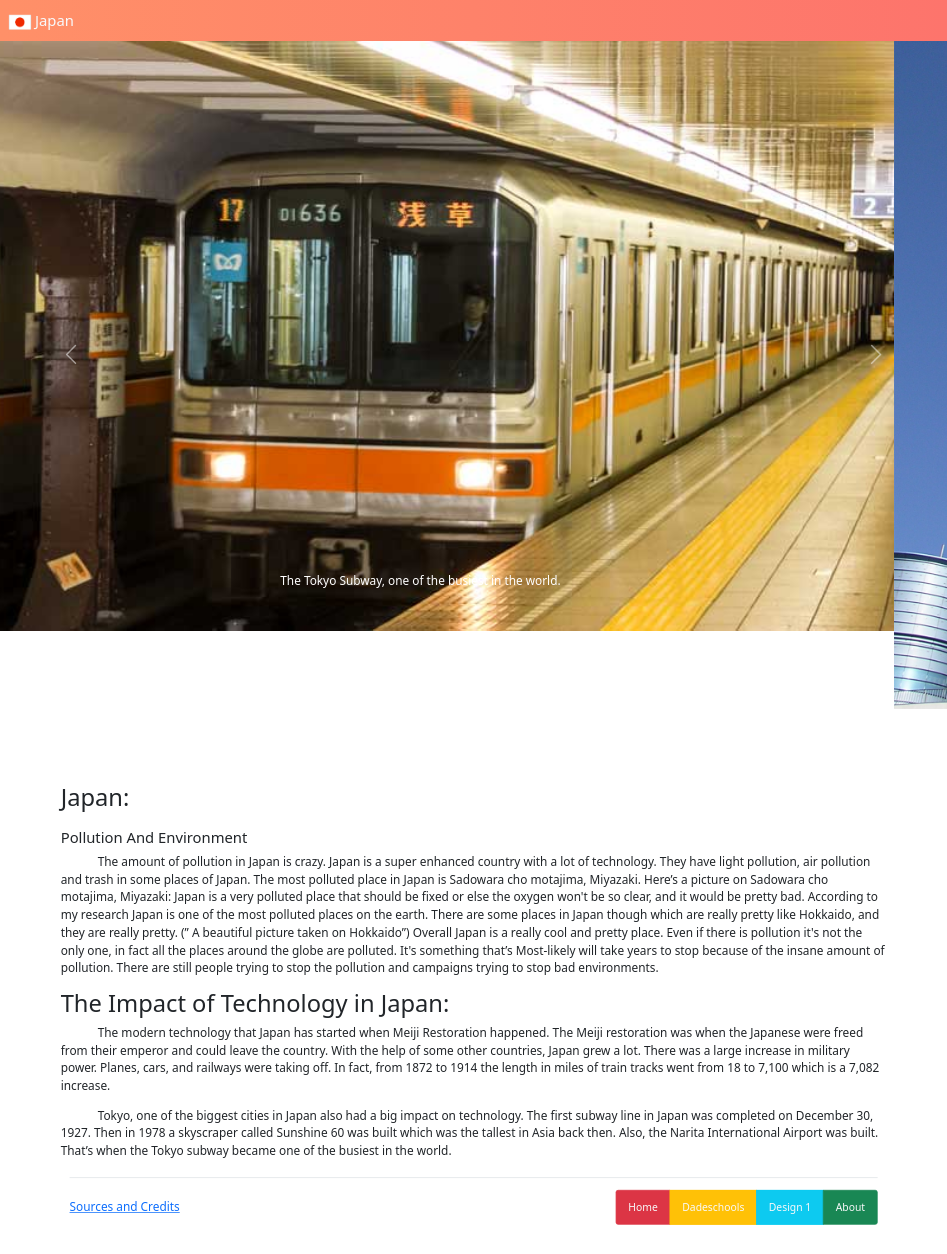
Repository: mrchilliballs/mrchilliballs.github.io
Page: index.html
An editor plug-in stored every save of this project. The page is shown before and after a run of saves, followed by the edit.
The browser window is 1280 px wide. The pictures show the whole page, at 74% of full size.

Above is the page before, as saved 2021-09-02 18:50:33.

### index.html
<!DOCTYPE html>
<html lang="en">
<head>
    <meta charset="UTF-8">
    <meta http-equiv="X-UA-Compatible" content="IE=edge">
    <!-- CSS only -->
<link href="https://cdn.jsdelivr.net/npm/bootstrap@5.1.0/dist/css/bootstrap.min.css" rel="stylesheet" integrity="sha384-KyZXEAg3QhqLMpG8r+8fhAXLRk2vvoC2f3B09zVXn8CA5QIVfZOJ3BCsw2P0p/We" crossorigin="anonymous">
    <meta name="viewport" content="width=device-width, initial-scale=1.0">
    <title>Document</title>
    <style>
    </style>
</head>
<body>
    <nav class="navbar navbar-light bg-light fixed-top" style="background: #fd746c;  /* fallback for old browsers */
    background: -webkit-linear-gradient(to right, #ff9068, #fd746c);  /* Chrome 10-25, Safari 5.1-6 */
    background: linear-gradient(to right, #ff9068, #fd746c); /* W3C, IE 10+/ Edge, Firefox 16+, Chrome 26+, Opera 12+, Safari 7+ */
    ">
        <div class="container-fluid">
          <a class="navbar-brand" href="#">
            <img src="japan.gif" alt="" width="30" height="20 class="d-inline-block align-text-top">
            <span class="text-light">Japan</span>
          </a>
        </div>
      </nav>
      <div id="carouselExampleIndicators" class="carousel slide" data-bs-ride="carousel">
        <div class="carousel-indicators">
          <button type="button" data-bs-target="#carouselExampleIndicators" data-bs-slide-to="0" class="active" aria-current="true" aria-label="Slide 1"></button>
          <button type="button" data-bs-target="#carouselExampleIndicators" data-bs-slide-to="1" aria-label="Slide 2"></button>
          <button type="button" data-bs-target="#carouselExampleIndicators" data-bs-slide-to="2" aria-label="Slide 3"></button>
          <button type="button" data-bs-target="#carouselExampleIndicators" data-bs-slide-to="3" aria-label="Slide 4"></button>
        </div>
        <div class="carousel-inner">
          <div class="carousel-item active">
            <img src="subway.jpg" class="d-block w-100" alt="...">
            <div class="carousel-caption d-none d-md-block">
              <p>The Tokyo Subway, one of the busiest in the world. </p>
            </div>
          </div>
          <div class="carousel-item">
            <img src="sunshine.jpg" class="d-block w-100" alt="...">
            <div class="carousel-caption d-none d-md-block">
              <p>Sunshine 60, this building was once the tallest in Asia.</p>
            </div>
          </div>
          <div class="carousel-item">
            <img src="Picture3.png" class="d-block w-100" alt="...">
            <div class="carousel-caption d-none d-md-block">
              <h1>Here’s a picture on Sadowara cho motajima, Miyazaki.</h1>
            </div>
          </div>
          <div class="carousel-item">
            <img src="Picture4.png" class="d-block w-100" alt="...">
            <div class="carousel-caption d-none d-md-block">
              <h1>Here is an example of pollution in japan.</h1>
            </div>
          </div>
        </div>
        <button class="carousel-control-prev" type="button" data-bs-target="#carouselExampleIndicators" data-bs-slide="prev">
          <span class="carousel-control-prev-icon" aria-hidden="true"></span>
          <span class="visually-hidden">Previous</span>
        </button>
        <button class="carousel-control-next" type="button" data-bs-target="#carouselExampleIndicators" data-bs-slide="next">
          <span class="carousel-control-next-icon" aria-hidden="true"></span>
          <span class="visually-hidden">Next</span>
        </button>
      </div>
    <main class="container">
        <h2 style="margin-bottom: 0 !important;  margin-top: 100px;">Japan:</h2> <br><h5>Pollution And Environment</h5>

<p style="text-indent: 50px;">The amount of pollution in Japan is crazy. Japan is a super enhanced country with a lot of technology.
They have light pollution, air pollution and trash in some places of Japan. The most polluted place in Japan is Sadowara cho motajima, Miyazaki. Here’s a picture on Sadowara cho motajima, Miyazaki:
  Japan is a very polluted place that should be fixed or else the oxygen won't be so clear, and it would be pretty bad. According to my research Japan is one of the most polluted places on the earth. There are some places in Japan though which are really pretty like Hokkaido, and they are really pretty.
     (” A beautiful picture taken on Hokkaido”)
Overall Japan is a really cool and pretty place. Even if there is pollution it's not the only one, in fact all the places around the globe are polluted. It's something that’s Most-likely will take years to stop because of the insane amount of pollution. There are still people trying to stop the pollution and campaigns trying to stop bad environments.
</p>
<h2>The Impact of Technology in Japan:</h2>
	<p style="text-indent: 50px;">The modern technology that Japan has started when Meiji Restoration happened. The Meiji restoration was when the Japanese were freed from their emperor and could leave the country. With the help of some other countries, Japan grew a lot. There was a large increase in military power. Planes, cars, and railways were taking off. In fact, from 1872 to 1914 the length in miles of train tracks went from 18 to 7,100 which is a 7,082 increase.
	<br></p><p style="text-indent: 50px;">Tokyo, one of the biggest cities in Japan also had a big impact on technology. The first subway line in Japan was completed on December 30, 1927. Then in 1978 a skyscraper called Sunshine 60 was built which was the tallest in Asia back then. Also, the Narita International Airport was built. That’s when the Tokyo subway became one of the busiest in the world.
        <div class="container">
            <footer class="d-flex flex-wrap justify-content-between align-items-center py-3 my-4 border-top" style="">
              <div class="dropdown">
                <a class="" href="#" role="button" id="dropdownMenuLink" data-bs-toggle="dropdown" aria-expanded="false">
                  Sources and Credits
                </a>

                <ul class="dropdown-menu" aria-labelledby="dropdownMenuLink">
                  <li><a class="dropdown-item" href="https://www.world-weather-travellers-guide.com/air-pollution-in-japan.htm">Source 1</a></li>
                  <li><a class="dropdown-item" href="https://www.nytimes.com/1964/12/26/archives/tokyo-troubled-by-air-pollution-emphasis-in-smog-control-is-still.html">Source 2</a></li>
                  <li><a class="dropdown-item" href="https://creativecommons.org/licenses/by-nc/2.0/s">Source 3</a></li>
                  <li><a class="dropdown-item" href="https://encyclopedia.1914-1918 online.net/article/science_and_technology_japan ">Source 4</a></li>
                  <li><a class="dropdown-item" href="https://en.wikipedia.org/wiki/Tokyo">Source 5</a></li>
                  <li><a class="dropdown-item" href="https://en.wikipedia.org/wiki/Meiji_Restoration ">Source 6</a></li>
                </ul>
              </div>
              <a href="/" class="col-md-4 d-flex align-items-center justify-content-center mb-3 mb-md-0 me-md-auto link-dark text-decoration-none">
                <svg class="bi me-2" width="40" height="32"><use xlink:href="#bootstrap"></use></svg>
              </a>

              <ul class="nav col-md-4 justify-content-end">
                <div class="btn-group" role="group" aria-label="Basic mixed styles example">
                  <button type="button" class="btn btn-danger btn-sm"><li class="nav-item"><a href="#" class="nav-link px-2 text-light">Home</a></li></button>
                  <button type="button" class="btn btn-warning btn-sm"><li class="nav-item"><a href="https://www3.dadeschools.net" class="nav-link px-2 text-light">Dadeschools</a></li></button>
                  <button type="button" class="btn btn-info btn-sm"><li class="nav-item"><a href="index.html" class="nav-link px-2 text-light">Design 1</a></li></button>
                  <button type="button" class="btn btn-success btn-sm"><li class="nav-item"><a class="nav-link px-2 text-light" href="#" role="button" id="dropdownMenuLink" data-bs-toggle="dropdown" aria-expanded="false">About</a><ul class="dropdown-menu" aria-labelledby="dropdownMenuLink1">
                    <li class="dropdown-item">We made this website using the program language "HTML". It took us a lot of work and we hope we get a good grade on this because we did our best on this website.</li>
                  </ul></li>
                  </button>
                </div>
              </ul>
            </footer>
          </div>
          <!-- JavaScript Bundle with Popper -->
<script src="https://cdn.jsdelivr.net/npm/bootstrap@5.1.0/dist/js/bootstrap.bundle.min.js" integrity="sha384-U1DAWAznBHeqEIlVSCgzq+c9gqGAJn5c/t99JyeKa9xxaYpSvHU5awsuZVVFIhvj" crossorigin="anonymous"></script>
    </main>
</body>
</html>

After the next 4 saves:
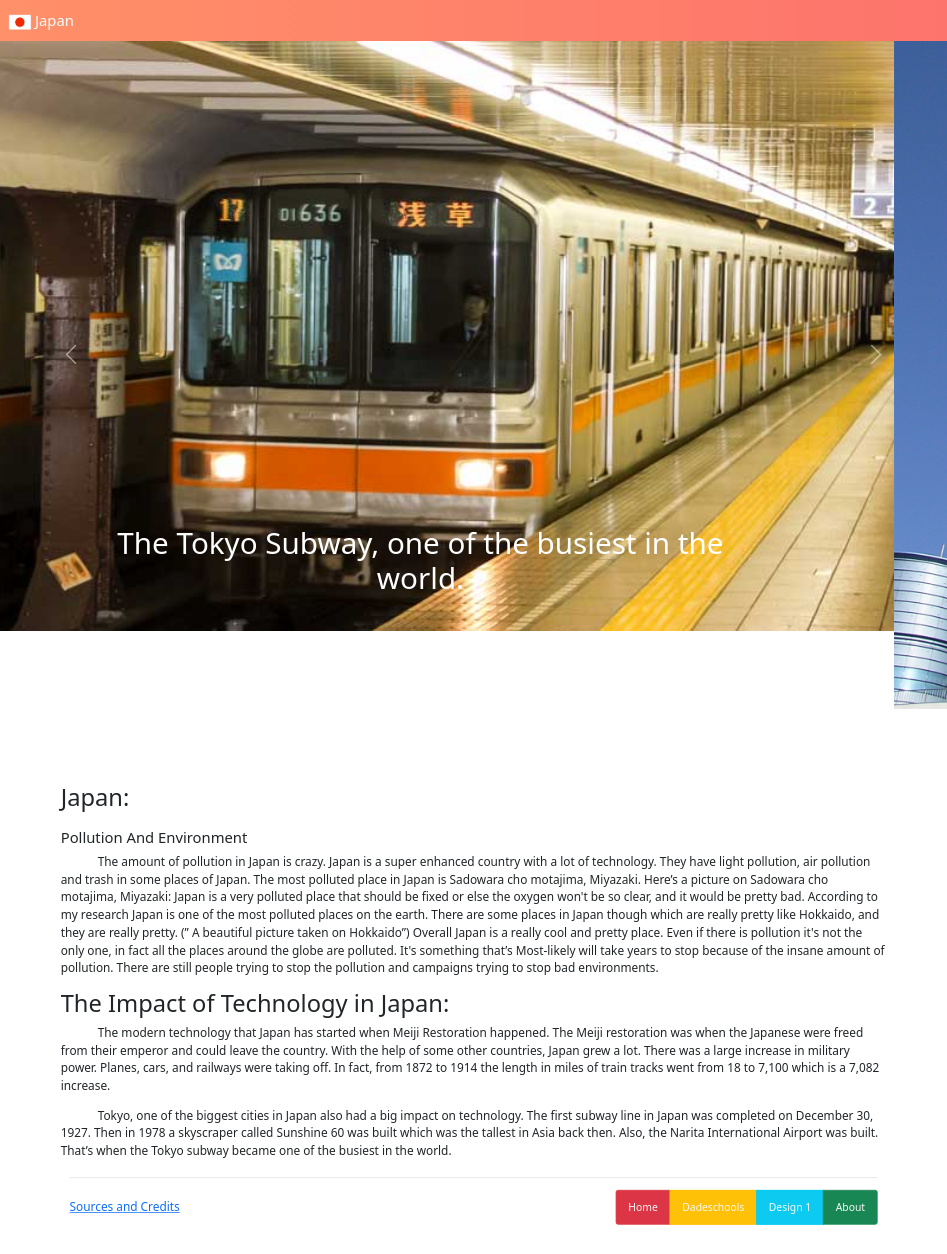
The 4 saves are shown as one change because they came seconds apart.
The last was saved 11 s later.
--- a/index.html
+++ b/index.html
@@ -33,13 +33,13 @@
           <div class="carousel-item active">
             <img src="subway.jpg" class="d-block w-100" alt="...">
             <div class="carousel-caption d-none d-md-block">
-              <p>The Tokyo Subway, one of the busiest in the world. </p>
+              <h1>The Tokyo Subway, one of the busiest in the world. </h1>
             </div>
           </div>
           <div class="carousel-item">
             <img src="sunshine.jpg" class="d-block w-100" alt="...">
             <div class="carousel-caption d-none d-md-block">
-              <p>Sunshine 60, this building was once the tallest in Asia.</p>
+              <h1>Sunshine 60, this building was once the tallest in Asia.</h1>
             </div>
           </div>
           <div class="carousel-item">
